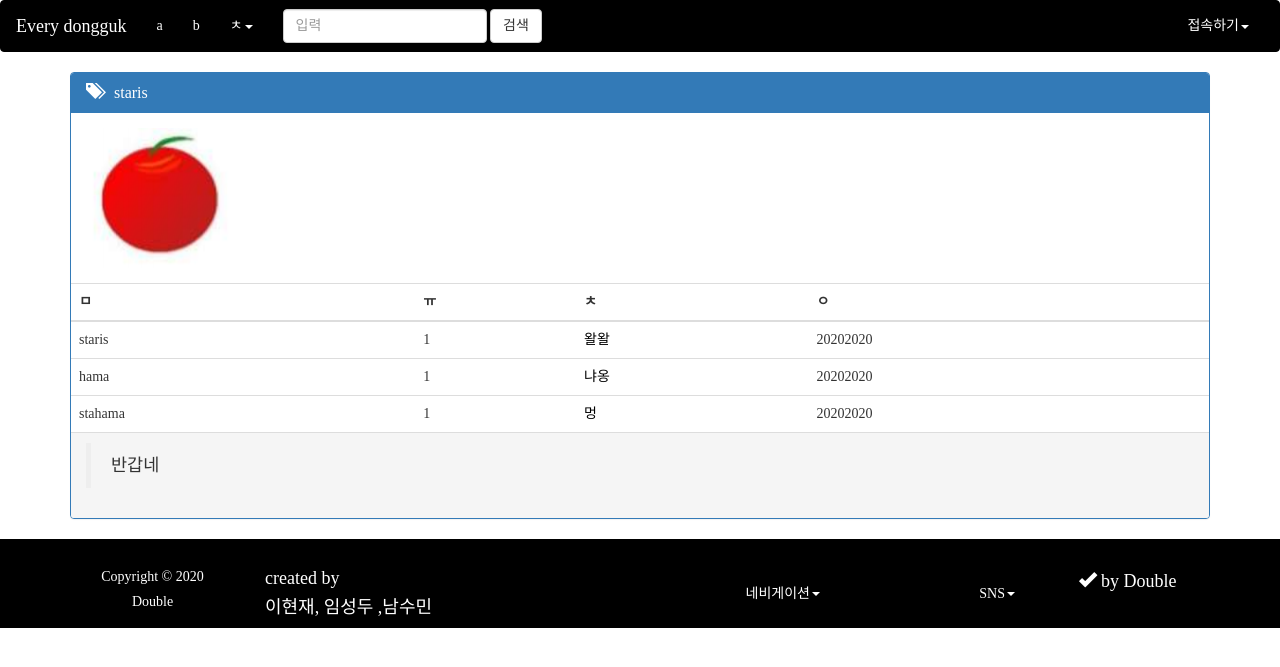
Repository: CSID-DGU/2020-1-ESCD-DOUBLE
Page: http://localhost/web/WEB-INF/views/template/a.jsp
The author's editor kept a copy of each file at every save. The page is drawn from the files as they stood at one save, then again after the next save.
The browser window is 1280 px wide. The pictures show the whole page.
Some web fonts or font styles are not loaded; a fallback is used. Some web libraries are served in a nearby version. The page is served by Tomcat 9. Nobody is signed in. Other server files are loaded and not shown. The template is opened directly, without the code that normally fills it, so the values that code supplies are empty.

Above is the page before, as saved 2020-05-01 15:43:49.

### web/src/main/webapp/WEB-INF/views/template/a.jsp
<%@ page language="java" contentType="text/html; charset=EUC-KR"
    pageEncoding="EUC-KR"%>
<!DOCTYPE html>
<html>
<head>
<meta charset="EUC-KR">
<title>Insert title here</title>
<link rel="stylesheet" href="resources/css/bootstrap.css">
<link rel="stylesheet" href="resources/css/customize.css">
<script src="https://code.jquery.com/jquery-3.1.1.min.js"></script>
<script src="resources/js/bootstrap.js"></script>

</head>
<body>

<%@include file="header.jsp"%>
<div class="container">
	<div class="row">
		<div class="col-xs-12">
		<div class="panel panel-primary">
		<div class="panel-heading">
			<h3 class="panel-title">
				<span class="glyphicon glyphicon-tags"></span>
				&nbsp;&nbsp;staris
			</h3>
		</div>
		<div class="panel-body">
			<div class="media">
				<div class="media-left">
					<a href="#">
						<img class="media-object" src="images/apple.png" alt="개발자 이미지">

					</a>
				</div>


			</div>
		</div>
		<table class="table">
			<thead>
			<tr>
				<th>ㅁ</th>
				<th>ㅠ</th>
				<th>ㅊ</th>
				<th>ㅇ</th>
			</tr>
			</thead>
			<tbody>
				<tr>
				<td>staris</td>
				<td>1</td>
				<td><a href="">왈왈</a></td>
				<td>20202020</td>
				</tr>
				<tr>
				<td>hama</td>
				<td>1</td>
				<td><a href="">냐옹</a></td>
				<td>20202020</td>
				</tr>
				<tr>
				<td>stahama</td>
				<td>1</td>
				<td><a href="">멍</a></td>
				<td>20202020</td>
				</tr>

			</tbody>
		</table>
			<div class="panel-footer">
					<blockquote>반갑네</blockquote>
			</div>

		</div></div>
	</div>
</div>

<%@include file="footer.jsp"%>

</body>
</html>

### web/src/main/webapp/WEB-INF/views/template/header.jsp
<%@ page language="java" contentType="text/html; charset=EUC-KR"
    pageEncoding="EUC-KR"%>
<!DOCTYPE html>
<html>
<head>
<meta charset="EUC-KR">
<title>Insert title here</title>
<link rel="stylesheet" href="resources/css/bootstrap.css">
<link rel="stylesheet" href="resources/css/customize.css">
</head>
<body>
<script src="https://code.jquery.com/jquery-3.1.1.min.js"></script>
<script src="resources/js/bootstrap.js"></script>
<%@taglib prefix= "c" uri= "http://java.sun.com/jsp/jstl/core" %>
<nav class="navbar navbar-default">
	<div class="container-fluid">

		<div class="navbar-header">
			<button type="button" class="navbar-toggle collapsed" data-toggle="collapse"
			data-target="#bs-example-navbar-collapse-1" aria-expanded="false"><!-- 크기를 줄였을때 나타나는 버튼 -->
				<span class="sr-only"></span>
				<span class="icon-bar"></span>
				<span class="icon-bar"></span>
				<span class="icon-bar"></span>
			</button>
			<a class="navbar-brand" href="index">Every dongguk</a>
		</div>

		<div class="collapse navbar-collapse" id="bs-example-navbar-collapse-1"><!-- 네비 중간 대부분을 차지함 -->
			<ul class="nav navbar-nav">
				<li class="active"><a href="a">a<span class="sr-only"></span></a></li>
				<li><a href="#">b</a></li>
				<li class="dropdown">
				<a href="#" class="dropdown-toggle" data-toggle="dropdown" role="button"
				aria-haspopup="true" aria-expanded="false">ㅊ<span class="caret"></span></a><!-- dropdown 연결이 어떤식인지는 모르겠지만 -->
					<ul class="dropdown-menu">
						<li><a href="#">냐옹</a></li>
						<li><a href="#">머멍</a></li>
						<li><a href="#">왈왈</a></li>
					</ul>
				</li>
			</ul>
			<form class="navbar-form navbar-left">
				<div class="form-group">
				<input type="text" class="form-control" placeholder="입력"></div>
				<button type="submit" class="btn btn-default">검색</button>
			</form>

			<ul class="nav navbar-nav navbar-right">
				<li class="dropdown">
					<a href="#" class="dropdown-toggle" data-toggle="dropdown" role="button"
					aria-haspopup="true" aria-expanded="false"><c:if test="${empty Sid }">접속하기</c:if><c:if test="${not empty Sid }">${Sid }</c:if><span class="caret"></span></a>
					<ul class="dropdown-menu">

					<c:choose>
					<c:when test="${empty Sid }">
						<li><a href="login_form">로그인</a></li>
						<li><a href="register_form">회원가입</a></li>
					</c:when>
					<c:otherwise>
						<li><a href="logout">로그아웃</a></li>
						<li><a href="mypage">마이페이지(${Sid})</a></li>
						</c:otherwise>
						</c:choose>

					</ul>

				</li>
			</ul>

		</div>
	</div>
</nav>



</body>
</html>

### web/src/main/webapp/WEB-INF/views/template/footer.jsp
<%@ page language="java" contentType="text/html; charset=EUC-KR"
    pageEncoding="EUC-KR"%>
<!DOCTYPE html>
<html>
<head>
<meta charset="EUC-KR">
<title>Insert title here</title>
<link rel="stylesheet" href="resources/css/bootstrap.css">
<link rel="stylesheet" href="resources/css/customize.css">
</head>
<body>
<script src="https://code.jquery.com/jquery-3.1.1.min.js"></script>
<script src="resources/js/bootstrap.js"></script>

<style type="text/css">
#footul ,#footul2{
color:white;}
#footul:hover ,#footul2:hover{

background-color:black;


}
#footul:focus,#footul2:hover{
background-color:black;}

</style>

<footer style="background-color: #000000;color:#ffffff">
	<div class="container">
		<br>
		<div class="row">
			<div class="col-sm-2" style="text-align: center;"><h5>Copyright &copy; 2020</h5><h5>Double </h5></div>
			<div class="col-sm-4"><h4>created by<h4><p>이현재, 임성두 ,남수민</p></div>
			<div class="col-sm-2"><h4 style="text-align:center;"></h4>

						<ul class="nav navbar-nav navbar-right">
				<li class="dropdown">
					<a href="#" class="dropdown-toggle" data-toggle="dropdown" role="button"
					aria-haspopup="true" aria-expanded="false" id="footul">네비게이션<span class="caret"></span></a>
					<ul class="dropdown-menu">
						<li><a href="#">냐옹</a></li>
						<li><a href="#">멍멍</a></li>
					</ul>

				</li>
			</ul>
			</div>
			<div class="col-sm-2"><h4 style="text-align:center;"></h4>



							<ul class="nav navbar-nav navbar-right">
				<li class="dropdown">
					<a href="#" class="dropdown-toggle" data-toggle="dropdown" role="button"
					aria-haspopup="true" aria-expanded="false" id="footul2">SNS<span class="caret"></span></a>
					<ul class="dropdown-menu">
						<li><a href="#">뭔가 개발자 이메일 보내기?</a></li>
						<li><a href="#">뭐 그런거...</a></li>
					</ul>

				</li>
			</ul>

			</div>
			<div class="col-sm-2"><h4 style="text-align:center;"><span class="glyphicon glyphicon-ok"></span>&nbsp;by Double</h4></div>
	</div>


</div>
</footer>


</body>
</html>

### web/src/main/webapp/resources/css/customize.css
@import url(http://fonts.googleapis.com/earlyaccess/nanumgothic.css);
*{font-family:'Nanum Gothic';}
a{
	color:#000000;
	text-decoration:none;
}
a:hover{
	color:#bbbbbb;
	text-decoration:none;
	cursor:pointer;
}
.navbar-default{/*까만색!*/
	background-color:#000000;
	border-color:#000000;
}
.navbar-default .navbar-brand{
	color:#ffffff;/*하얀색!*/
}
.navbar-default .navbar-brand:hover,
.navbar-default .navbar-brand:focus{
	background-color:transparent;
	color:#bbbbbb;
}
.navbar-default .navbar-nav> .active>a,
.navbar-default .navbar-nav> .active>a:hover,
.navbar-default .navbar-nav> .active>a:focus{
	color:white;
	background-color:#000000;
}
.navbar-default .navbar-nav> li>a:hover,
.navbar-default .navbar-nav> li>a:focus{
	color:#bbbbbb;
}
.navbar-default .navbar-nav> .open>a,
.navbar-default .navbar-nav> .open>a:hover,
.navbar-default .navbar-nav> .open>a:focus{
	color:#000000;
	background-color:#ffffff;
	text-decoration:none;
}
.navbar-default .navbar-nav>li>a{
	color:white;
}
@media(max-width:767px){
	.navbar-default .navbar-nav .open .dropdown-menu>li>a{
	color:#ffffff;}
	.navbar-default .navbar-nav .open .dropdown-menu>li>a:hover,
	.navbar-default .navbar-nav .open .dropdown-menu>li>a:focus{
	color:#bbbbbb;}

}

Loaded but not shown: web/src/main/webapp/resources/css/bootstrap.css (library); web/src/main/webapp/resources/js/bootstrap.js (library)

After the next save:
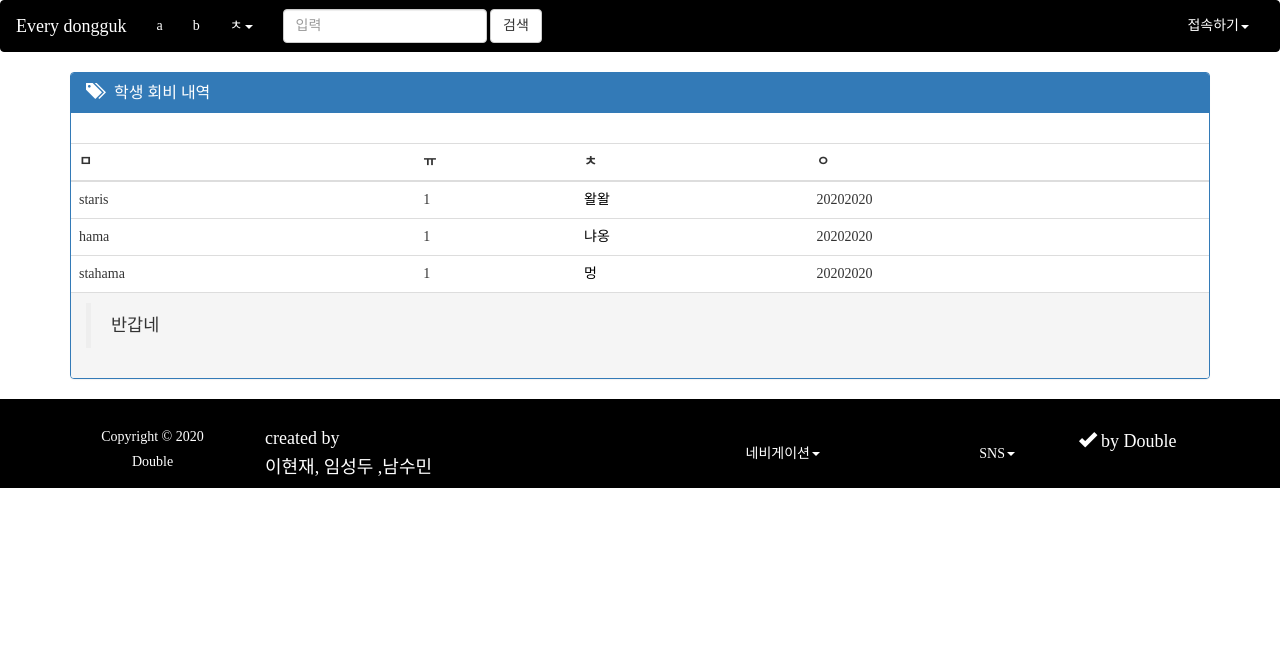
Saved 59 s later.
--- a/web/src/main/webapp/WEB-INF/views/template/a.jsp
+++ b/web/src/main/webapp/WEB-INF/views/template/a.jsp
@@ -14,6 +14,7 @@
 <body>
 
 <%@include file="header.jsp"%>
+
 <div class="container">
 	<div class="row">
 		<div class="col-xs-12">
@@ -21,17 +22,11 @@
 		<div class="panel-heading">
 			<h3 class="panel-title">
 				<span class="glyphicon glyphicon-tags"></span>
-				&nbsp;&nbsp;staris
+				&nbsp;&nbsp;학생 회비 내역
 			</h3>
 		</div>
 		<div class="panel-body">
 			<div class="media">
-				<div class="media-left">
-					<a href="#">
-						<img class="media-object" src="images/apple.png" alt="개발자 이미지">
-
-					</a>
-				</div>
 
 
 			</div>
